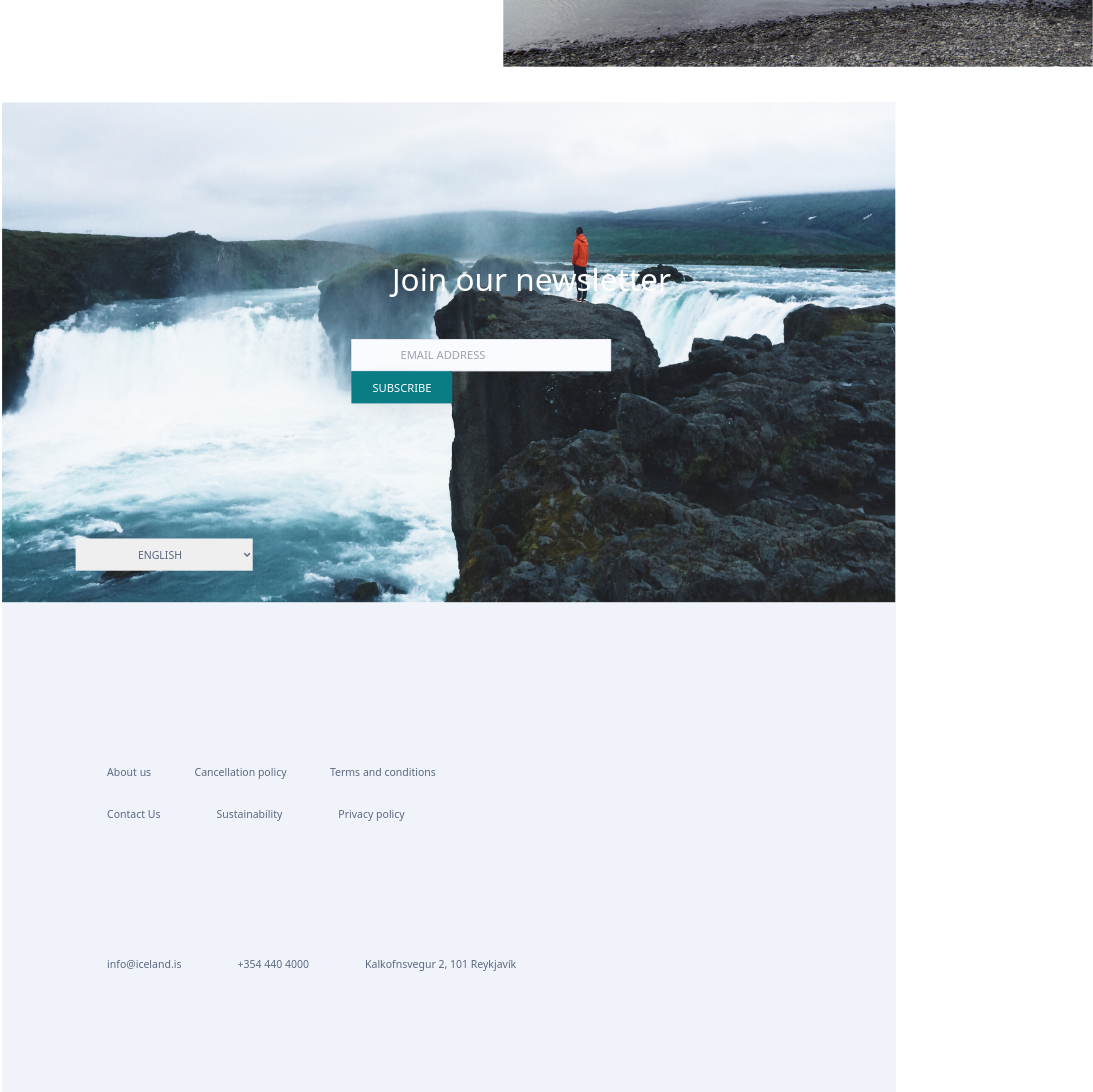
Repository: uh-sman/Iceland
Page: /
These files come from the project's save history. The page is drawn as it stood at one moment and after the next save; the edit follows.
The browser window is 1280 px wide. The page is 1561 px wide, so the pictures cover 1561 px, including what lies to the right of the window. The pictures show the part of the page from y = 626 to 2186 px (the page is 2186 px tall), at 70% of full size.
The project was rebuilt for these pictures with package versions that can differ from the ones it lists, and the page was loaded fresh each time.

Above is the page before, as saved 2022-09-09 19:21:27.

### src/App.js
import logo from "./logo.svg";
import "./App.css";
import { Topnav } from "./components/Topnav";
import { FullNav } from "./components/FullNav";
import { Body } from "./Body";
import { Mainfooter } from "./components/Mainfooter";

function App() {
  return (
    <div className="App">
      <FullNav />
      <Body />
      <div className="">
        <Mainfooter />
      </div>
    </div>
  );
}

export default App;

### src/App.css
* {
  margin: 0;
  padding: 0;
  /* scroll-behavior: none; */
}
.custom {
  background: #097c84;
  box-shadow: 7px 10px 30px rgba(0, 0, 0, 0.05);
  line-height: 18.57px;
}
.search {
  padding: 10px 69px;
  background: #f9fbff;
  border: 1px solid #e1e3e9;
  outline: none;
}
.button {
  padding: 11px 30px;
  background: #097c84;
  box-shadow: 7px 10px 30px rgba(0, 0, 0, 0.05);
  /* background: #f9fbff; */
  /* border: 1px solid #e1e3e9; */
}
.footercolor {
  background: #f0f4fa;
  /* transform: matrix(1, 0, 0, -1, 0, 0); */
}

### src/components/Topnav.js
import React from "react";

export const Topnav = () => {
  return (
    <div className="container w-full py-[31px]">
      <nav className="absolute left-[1234px]">
        <ul className="space-x-20 text-sm font-semibold">
          <a href="">USD</a>
          <a href="">ENGLISH</a>
          <a href="">CART</a>
        </ul>
      </nav>
    </div>
  );
};

### src/components/FullNav.jsx
import React from "react";
import { Bottomnav } from "./Bottomnav";
import { Hero } from "./Hero";
import { Newsletter } from "./Newsletter";
import { Topnav } from "./Topnav";

export const FullNav = () => {
  return (
    <div>
      <Topnav />
      <Bottomnav />
      <Hero />
    </div>
  );
};

### src/Body.js
import React from "react";
import { Newsletter } from "./components/Newsletter";

export const Body = () => {
  return (
    <div>
      <Newsletter />
    </div>
  );
};

### src/components/Mainfooter.js
import React from "react";
import { Footer } from "./Footer";

export const Mainfooter = () => {
  return (
    <div className="bg-[#f0f4fa] h-[700px] mt-[1362px] ml-[3px]">
      <Footer />
    </div>
  );
};

### src/components/Bottomnav.js
import React from "react";
import { FaLongArrowAltLeft } from "react-icons/fa";
export const Bottomnav = () => {
  return (
    <nav className="container w-full">
      <div className="py-[31px]">
        <div className="container">
          <h1 className="flex items-center gap-4 absolute left-[192px]">
            <FaLongArrowAltLeft />
            <a className=" cursor-pointer font-semibold text-md">GO BACK</a>
          </h1>
        </div>
        <div className="container">
          <div className="absolute right-[156px]">
            <ul className="space-x-[60px] text-sm font-semibold cursor-pointer">
              <a>BOOK YOUR TRIP</a>
              <a>RENT A CAR</a>
              <a>WIFI RENTAL</a>
            </ul>
          </div>
        </div>
      </div>
    </nav>
  );
};

### src/components/Hero.js
import React from "react";
import four from "../Assets/404.png";
import img from "../Assets/404 background 1.png";
import { Button } from "./Button";
export const Hero = () => {
  return (
    <div>
      <div className="container">
        <img
          src={four}
          className="absolute left-[363px] top-[146px] h-[221px] w-[323px]"
        />
      </div>
      <div className="container inset-3">
        <h1 className="font-semibold text-[40px] absolute left-[197px] top-[232px] ">
          Lost in Iceland?
        </h1>
      </div>
      <div className="container">
        <img
          src={img}
          className="absolute left-[719px] top-[159px] w-[842px] h-[562px]"
        />
      </div>
      <Button />
    </div>
  );
};

### src/components/Newsletter.js
import React from "react";
import adventure from "../Assets/adventure-makes-things-meaningful_t20_Vo0aX3 1.png";
export const Newsletter = () => {
  return (
    <div className="">
      <div className="container h-full">
        <img
          // w-[1440px]
          src={adventure}
          className="absolute h-[714px] left-[3px]
          top-[772px] w-[99.7%]"
        />
        <div className="container">
          <h1 className="text-[45px] font-[600px] absolute top-[990px] left-[560px] text-white">
            Join our newsletter
          </h1>
        </div>
        <div className="container w-full">
          <div className="absolute top-[1110px] w-[499px] h-[57px] left-[502px] box-border">
            <input
              placeholder="EMAIL ADDRESS"
              type="email"
              className="search"
            />
            <button className="button text-white">SUBSCRIBE</button>
          </div>
        </div>
      </div>
    </div>
  );
};

### src/components/Footer.js
import React from "react";

export const Footer = () => {
  return (
    <div className="text-[#5B6780] font-[500px] text-[15px]">
      <div className="absolute w-[1440px] h-[408px] left-[3px] top-[1717px] you">
        <div>
          <ul className="flex gap-[62px] left-[150px] absolute">
            <li>About us</li>
            <li>Cancellation policy</li>
            <li>Terms and conditions</li>
          </ul>
        </div>
      </div>
      <div className="absolute w-[1440px] h-[408px] left-[3px] top-[1717px] you">
        <div>
          <ul className="flex space-x-[80px] top-[60px] left-[150px] absolute">
            <li>Contact Us</li>
            <li className="">Sustainability</li>
            <li>Privacy policy</li>
          </ul>
        </div>
      </div>
      <div className="absolute w-[1440px] h-[408px] left-[3px] top-[1717px] you">
        <div>
          <ul className="flex space-x-[80px] top-[275px] left-[150px] absolute">
            <li>info@iceland.is</li>
            <li>+354 440 4000</li>
            <li>Kalkofnsvegur 2, 101 Reykjavík</li>
          </ul>
        </div>
      </div>
      <div className="absolute left-[108px] top-[1395px] box-border">
        <select className="px-[85px] py-3">
          <option>ENGLISH</option>
        </select>
      </div>
    </div>
  );
};

### src/components/Button.js
import React from "react";

export const Button = () => {
  return (
    <div>
      <div>
        <button className="absolute w-[265px] h-[72px] left-[285px] top-[490px] custom font-[700px] text-white text-[15px]">
          GO BACK
        </button>
      </div>
    </div>
  );
};

### tailwind.config.js
/** @type {import('tailwindcss').Config} */
module.exports = {
  content: ["./src/**/*.{html,js,jsx}"],
  theme: {
    screens: {
      sm: "480px",
      md: "768px",
      lg: "976px",
      xl: "1440px",
    },
    extend: {},
  },
  plugins: [],
};

Loaded but not shown: public/index.html (common file); src/index.js (common file); src/index.css (common file)

After the next save:
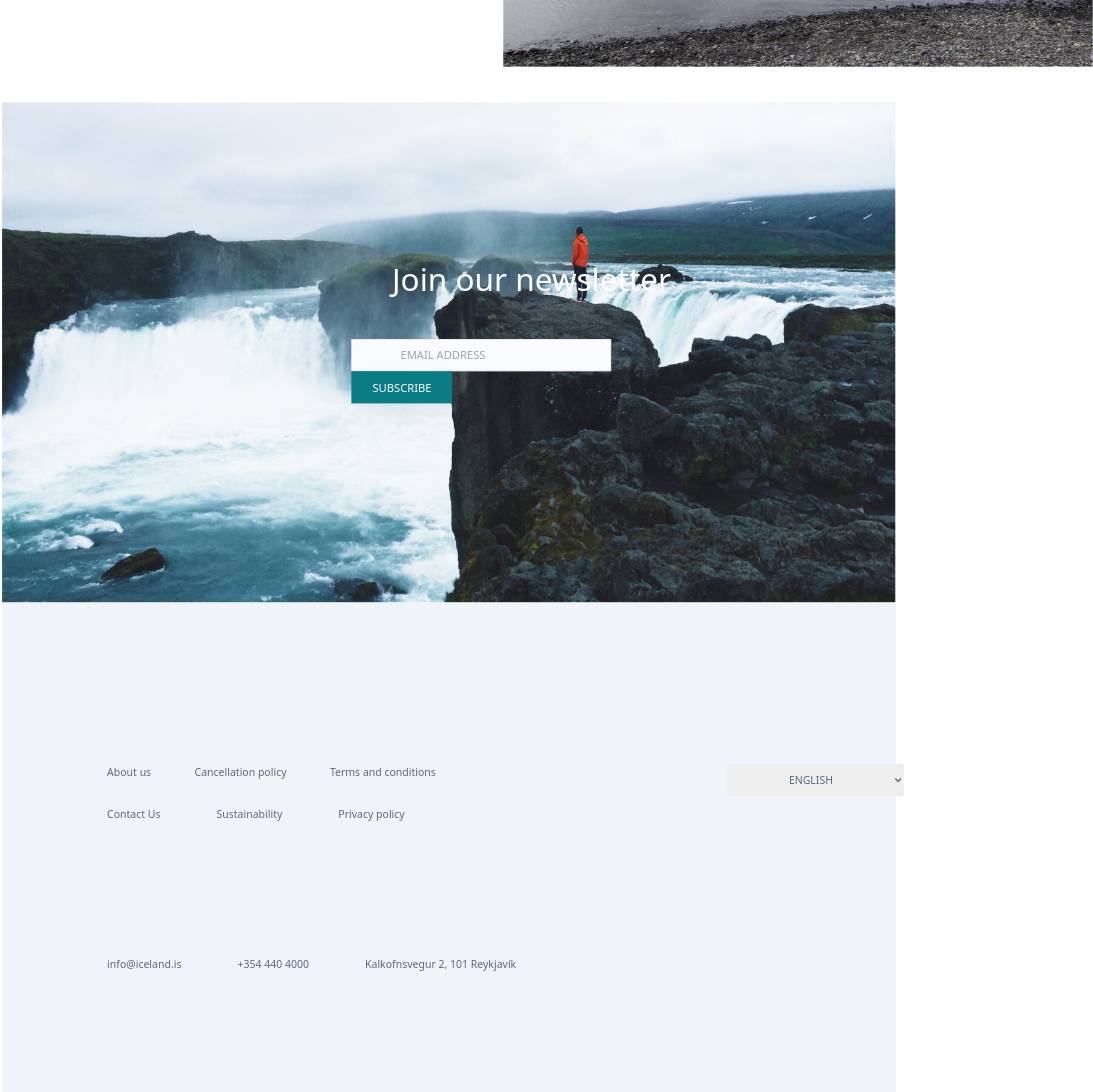
Saved 12 s later.
--- a/src/components/Footer.js
+++ b/src/components/Footer.js
@@ -30,7 +30,7 @@ export const Footer = () => {
           </ul>
         </div>
       </div>
-      <div className="absolute left-[108px] top-[1395px] box-border">
+      <div className="absolute left-[1038px] top-[1717px] box-border">
         <select className="px-[85px] py-3">
           <option>ENGLISH</option>
         </select>
